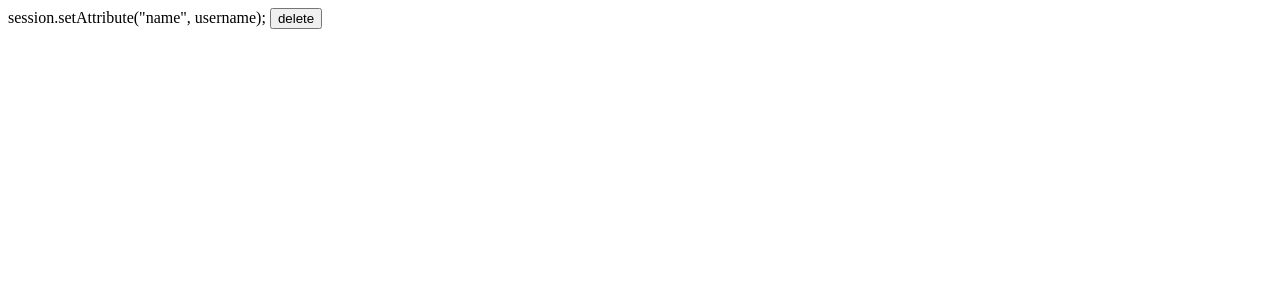
Repository: neethiarasan30/jsp-Servlets-crud-operation
Page: http://localhost/JavaFullStack/Delete.jsp
The author's editor kept a copy of each file at every save. The page is drawn from the files as they stood at one save, then again after the next save.
The browser window is 1280 px wide. The pictures show the whole page.
The page is served by Tomcat 9. Other server files are loaded and not shown.

Above is the page before, as saved 2024-07-12 18:31:23.

### JavaFullStack/src/main/webapp/Delete.jsp
<%@page import="java.sql.*"%>

<%@ page language="java" contentType="text/html; charset=ISO-8859-1"
    pageEncoding="ISO-8859-1"%>
<!DOCTYPE html>
<html>
<head>
<meta charset="ISO-8859-1">
<title>Insert title here</title>
</head>
<body>

	<%String id = request.getParameter("id"); %>

	<form action="DeleteRow>" method="delete">

	session.setAttribute("name", username);

	<input type="submit" value="delete">
	</form>
</body>
</html>

After the next save:
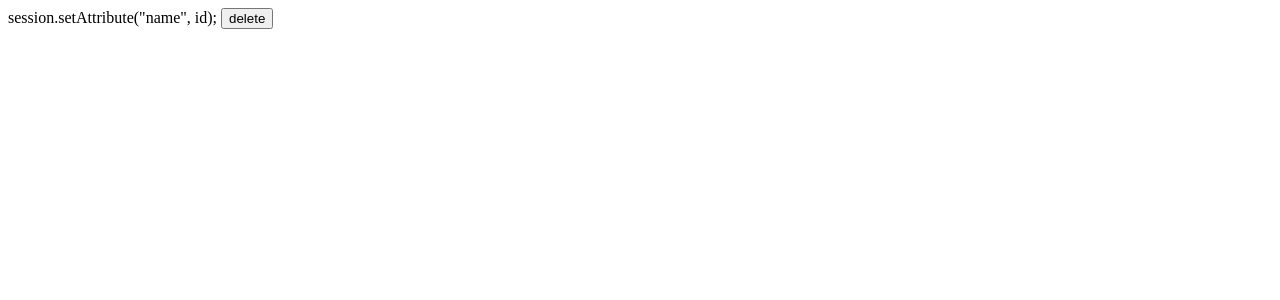
Saved 6 s later.
--- a/JavaFullStack/src/main/webapp/Delete.jsp
+++ b/JavaFullStack/src/main/webapp/Delete.jsp
@@ -14,7 +14,7 @@
 
 	<form action="DeleteRow>" method="delete">
 
-	session.setAttribute("name", username);
+	session.setAttribute("name", id);
 
 	<input type="submit" value="delete">
 	</form>
